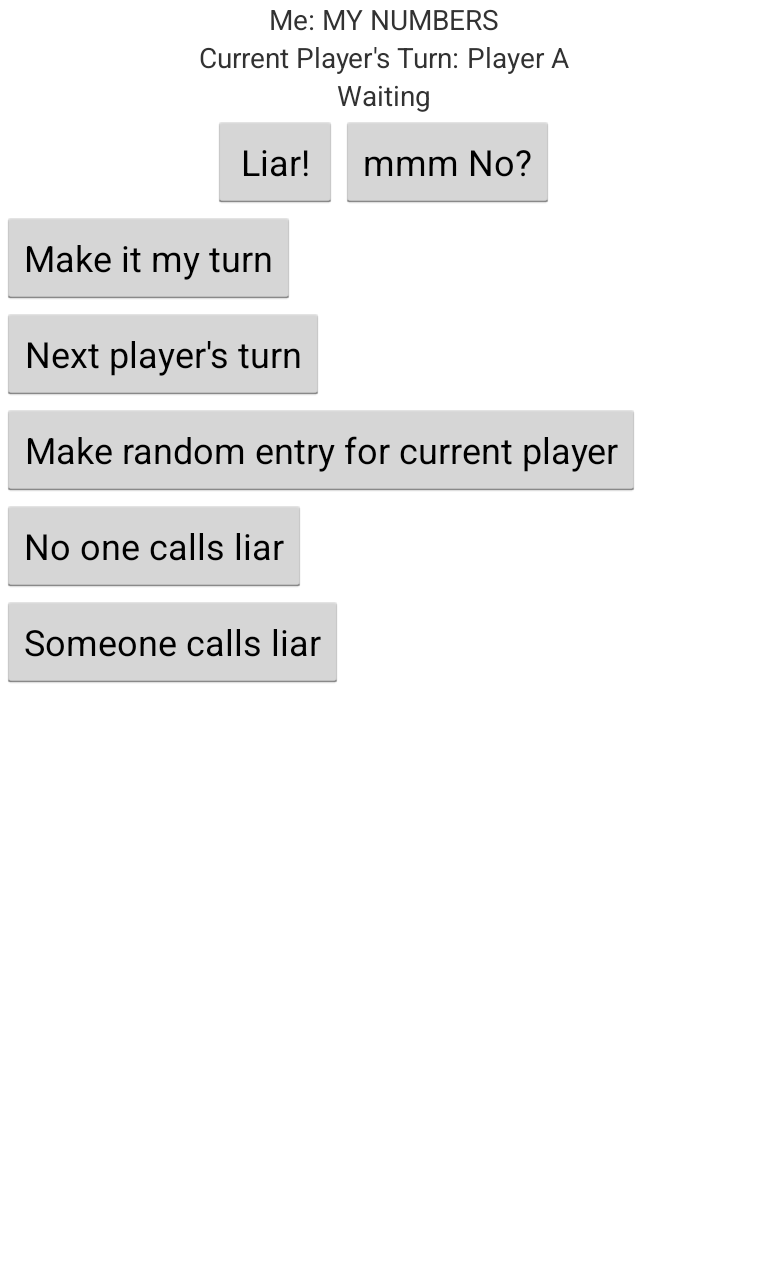
Repository: RayyLim/LiarPoker
Layout: LiarPoker/res/layout/gameroom_main.xml
An editor plug-in stored every save of this project. The layout is shown before and after the next save, followed by the edit.
It is drawn on a 768 x 1280 px phone screen (xhdpi) without system bars, with theme AppTheme; the app's code is not run.

Above is the layout before, as saved 2012-07-22 09:07:42.

After the next save:
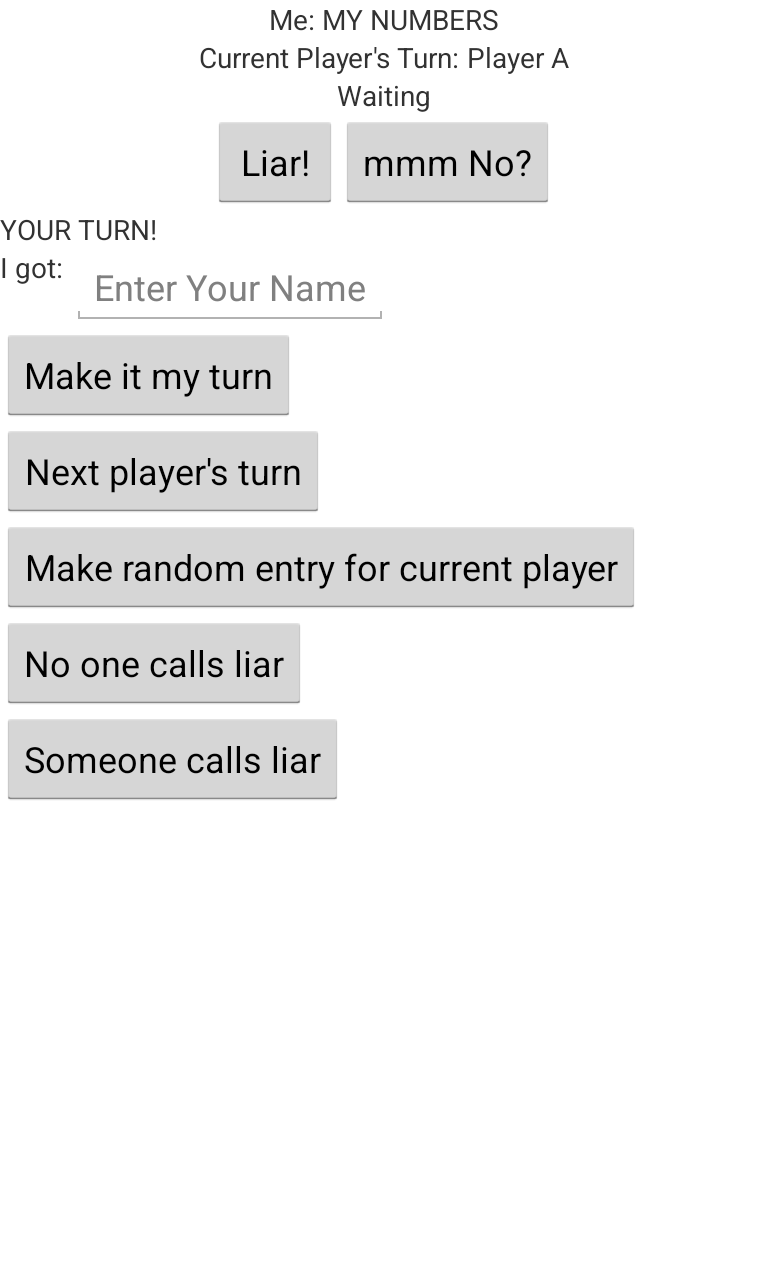
Saved 2 s later.
--- a/LiarPoker/res/layout/gameroom_main.xml
+++ b/LiarPoker/res/layout/gameroom_main.xml
@@ -59,6 +59,32 @@
 			    android:text="mmm No?" />
 			</LinearLayout>
 			</LinearLayout>
+
+	<LinearLayout
+	    android:layout_width="wrap_content"
+	    android:layout_height="wrap_content"
+	    android:orientation="vertical" >
+			<TextView
+			android:layout_width="wrap_content" android:layout_height="wrap_content"
+			android:text="YOUR TURN!" />
+				<LinearLayout
+	    android:layout_width="wrap_content"
+	    android:layout_height="wrap_content"
+	    android:orientation="horizontal" >
+			<TextView
+			android:layout_width="wrap_content" android:layout_height="wrap_content"
+			android:text="I got: " />
+
+			<EditText android:id="@+id/igot"
+        android:layout_weight="0"
+        android:layout_width="wrap_content"
+        android:layout_height="wrap_content"
+        android:layout_gravity="center_horizontal"
+        android:hint="@string/enteryourname_message" />
+
+	</LinearLayout>
+	</LinearLayout>
+
 			<Button
 			    android:id="@+id/testMyTurn"
 			    android:layout_width="wrap_content"
